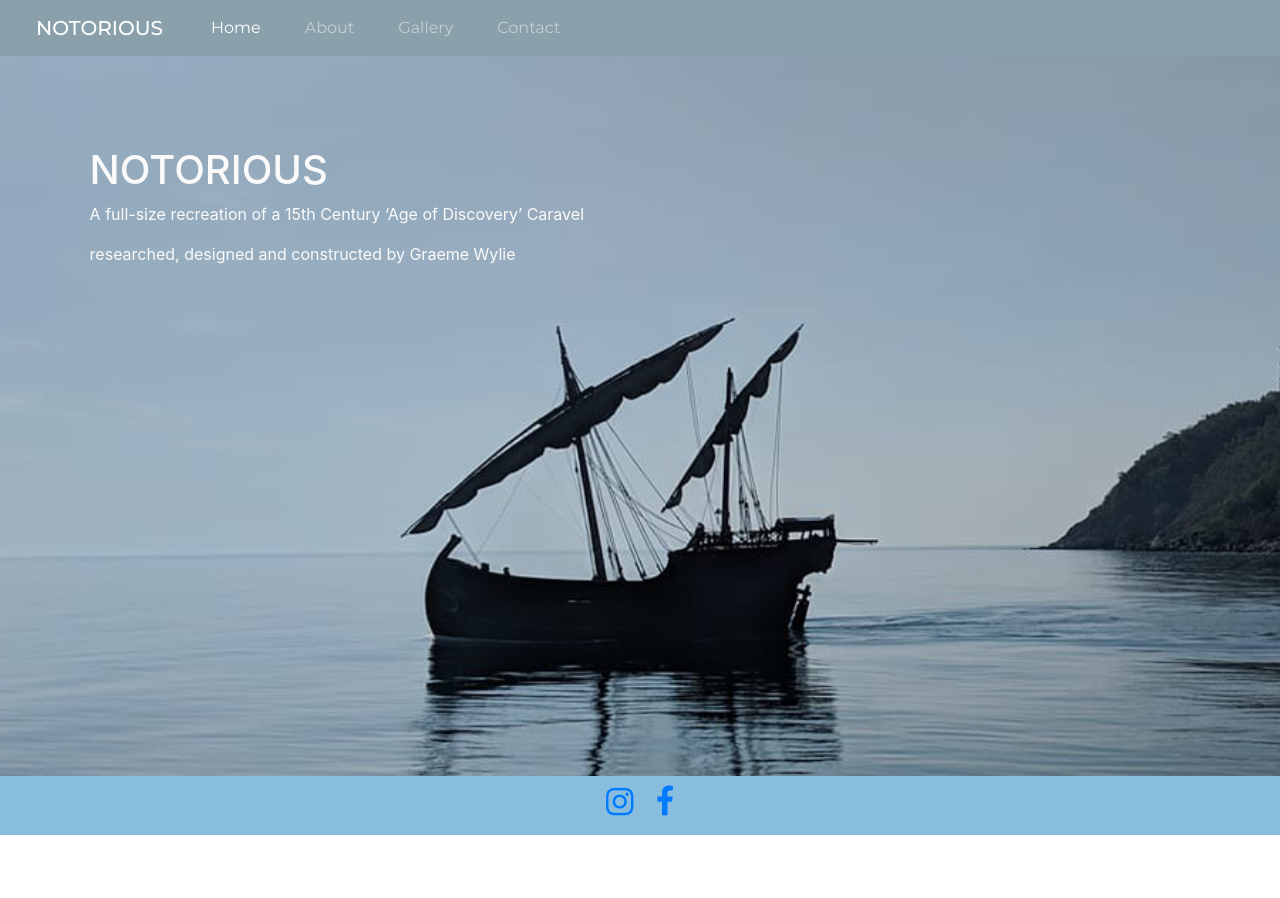
Repository: TSRose/NotorioustheShip
Page: index.html
The author's editor kept a record of every edit. The page is drawn from the files as they stood at one moment, then again after the next edit.
The browser window is 1280 px wide. The pictures show the whole page.
Backgrounds fixed to the window are drawn as part of the page.

Above is the page before.

### index.html
<!DOCTYPE html>
<html lang="en">

<head>
    <meta charset="UTF-8">
    <meta name="viewport" content="width=device-width, initial-scale=1.0">
    <meta http-equiv="X-UA-Compatible" content="ie=edge">
    <link rel="stylesheet" href="https://stackpath.bootstrapcdn.com/bootstrap/4.3.1/css/bootstrap.min.css" type="text/css" />
    <link rel="stylesheet" href="https://stackpath.bootstrapcdn.com/font-awesome/4.7.0/css/font-awesome.min.css">
    <link rel="stylesheet" href="assets/css/style.css" type="text/css">

    <title>Notorious the Ship</title>
</head>

<body>
    <nav class="navbar navbar-dark navbar-expand-sm">
        <a href="index.html" class="navbar-brand">NOTORIOUS</a>
        <button class="navbar-toggler ml-auto" type="button" data-toggle="collapse" data-target="#navbarNavDropdown" aria-controls="navbarNavDropdown" aria-expanded="false" aria-label="Toggle navigation">
      <span class="navbar-toggler-icon"></span></button>
        <div class="collapse navbar-collapse" id="navbarNavDropdown">
            <ul class="navbar-nav mr-auto">
                <li class="active nav-item mr-2"><a class="nav-link" href="index.html">Home</a></li>
                <li class="nav-item mr-2"><a class="nav-link" href="about.html">About</a></li>
                <li class="nav-item mr-2"><a class="nav-link" href="gallery.html">Gallery</a></li>
                <li class="nav-item mr-2"><a class="nav-link" href="contact.html">Contact</a></li>
            </ul>
            </div>
    </nav>

    <!---------------------------landing page----->

    <div class="container-fluid landing-container">
        <div class="landing absolute">
            <div class="row">
                <div class="col-12">
                    <div class="jumbotron-landing jumbotron">
                        <h1 class="text-uppercase jumbotron-heading">notorious</h1>
                        <p class="landing-subheading">A full-size recreation of a 15th Century ‘Age of Discovery’ Caravel</p>
                        <p class="landing-subheading">researched, designed and constructed by Graeme Wylie </p>
                    </div>
                </div>
            </div>
        </div>
    </div>

 <!---------------------------footer----->
    <footer class="container-fluid footer">
        <div id="footer-details" class="row">
            <div class="col-12">
                <ul class="list-inline social-links">
                    <li class="list-inline-item">
                        <a target="_blank" href="http://instagram.com/notorioustheship">
                        <i class="fa fa-instagram fa-2x" aria-hidden="true"></i>
                        <span class="sr-only">Instagram</span>
                        </a>
                    </li>
                    <li class="list-inline-item">
                        <a target="_blank" href="http://facebook.com/notorioustheship">
                        <i class="fa fa-facebook fa-2x" aria-hidden="true"></i>
                        <span class="sr-only">Facebook</span>
                        </a>
                    </li>
                </ul>
            </div>
        </div>
    </footer>

    <script src="https://code.jquery.com/jquery-3.3.1.slim.min.js" integrity="sha384-q8i/X+965DzO0rT7abK41JStQIAqVgRVzpbzo5smXKp4YfRvH+8abtTE1Pi6jizo" crossorigin="anonymous"></script>
    <script src="https://cdnjs.cloudflare.com/ajax/libs/popper.js/1.14.7/umd/popper.min.js" integrity="sha384-UO2eT0CpHqdSJQ6hJty5KVphtPhzWj9WO1clHTMGa3JDZwrnQq4sF86dIHNDz0W1" crossorigin="anonymous"></script>
    <script src="https://stackpath.bootstrapcdn.com/bootstrap/4.3.1/js/bootstrap.min.js" integrity="sha384-JjSmVgyd0p3pXB1rRibZUAYoIIy6OrQ6VrjIEaFf/nJGzIxFDsf4x0xIM+B07jRM" crossorigin="anonymous"></script>

</body>

</html>

### assets/css/style.css
@import url('https://fonts.googleapis.com/css?family=Montserrat:100,200,300,400,500,600,700|Roboto:100,200,300,400,500,600,700');

body {
    margin: 10;
    padding: 0;
}

header {
    margin: 0;
}

.footer {
    background-color: #89bddd;
    border-color: #89bddd;
}

h2 {
    margin-bottom: 20px;
}

/*-------------------------------- navbar */

.navbar-brand {
    font-family: "Montserrat", sans-serif;
    color: #fafafa;
    margin: 0 20px;
    font-weight: 500;
}

.nav-item {
    color: #fafafa;
    font-family: "Montserrat", sans-serif;
    margin: 0 20px;
}

.list-inline {
    text-align: center;
}

.navbar {
    color: #aaa;
    background-color: #8aa0aa;
    margin-bottom: 0;
    border: 0;
    width: 100%;
}

.navbar .navbar-toggler {
    border: 0;
}

/*---------------------------------Landing ----*/

.landing-container {
    height: 100VH;
    background: url("../images/notorious_portdouglas_xsm_crop.jpg") no-repeat center center fixed;
    -webkit-background-size: cover;
    -moz-background-size: cover;
    -o-background-size: cover;
    background-size: cover;
    display: flex;
    align-items: center;
    justify-content: center;
    position: relative;
}

@media (min-width: 576px) {
    .landing-container {
        background: url("../images/notorious_portdouglas_sm_crop.jpg") no-repeat center right fixed;
    }
}

@media (min-width: 768px) {
    .landing-container {
        background: url("../images/notorious_portdouglas_md_crop.jpg") no-repeat center right fixed;
    }
}

@media (min-width: 992px) {
    .landing-container {
        background: url("../images/notorious_portdouglas.PNG") no-repeat center left fixed;
    }
}

.text-uppercase {
    text-transform: uppercase;
}

.landing-subheading {
    padding: 0 0px;
    text-align: left;
}

/*--------------------------------Jumbotron*/

.absolute {
    position: absolute;
    height: 100VH;
    width: 100VW;
    padding: 7%;
}

.jumbotron {
    background-color: transparent;
    padding: 0;
    color: #fafafa;
    height: 100VH;
}

.jumbotron-header {
    font-weight: bold;
    margin-bottom: 35px;
    margin: 50px;
    text-transform: capitalize;
    padding: 50px;
}


/*--------------------------------------- contact form*/

.contact-heading {
    font-family: "Montserrat", sans-serif;
    font-weight: 200;
    padding-top: 30px;
    margin-top: 25px;
    margin-bottom: 15px;
}

.center-form {
    padding: 0 10px;
    margin: 0 auto;
    max-width: 70%;
}

button[type="submit"] {
    margin-top: 15px;
    margin-bottom: 20px;
    color: #fafafa;
    background-color: #3498db;
}

.btn {
    padding: 5px;
}

.form-control {
    margin: 10px 0;
}

.share {
    margin: 25px 0;
}

@media(max-width: 991px) {
    .center-form {
        padding-top: 30px;
        min-height: 240px;
        margin: 0 auto;
        max-width: 70%;
    }
}

@media(min-width: 992px) {
    .center-form {
        padding-top: 30px;
        min-height: 240px;
        margin: 0 auto;
        max-width: 50%;
    }
}

@media(min-width: 992px) {
    .contact-heading {
        font-family: "Montserrat", sans-serif;
        font-weight: 400;
        margin-top: 25px;
        margin-bottom: 20px;
    }
}

/*-----------------------------------About*/

.about-container {
    margin: 15px;
}

.article-wrapper {
    margin-right: 50px;
}

.theshipimage {
    background: url("../images/notorious_on_anchor.PNG");
    background-position: left;
    background-repeat: no-repeat;
    display: inline-block;
    width: 300px;
    height: auto;
    transition: all .5s ease-in-out;
    -moz-transition: all .5s ease-in-out;
    -webkit-transition: all .5s ease-in-out;
    margin: 0 15;
}

.thebuilderimage {
    background: url("../images/graemewylie.jpg");
    background-position: left;
    background-repeat: no-repeat;
    background-size: cover;
    display: block;
    width: 300px;
    height: auto;
    transition: all .5s ease-in-out;
    -moz-transition: all .5s ease-in-out;
    -webkit-transition: all .5s ease-in-out;
}

.thehistoryimage {
    background: url("../images/portuguesecaravelmodel.jpg");
    background-position: left;
    background-repeat: no-repeat;
    background-size: cover;
    display: block;
    width: auto;
    height: 300px;
    max-height: 300px;
    transition: all .5s ease-in-out;
    -moz-transition: all .5s ease-in-out;
    -webkit-transition: all .5s ease-in-out;
}

.article-container {
    margin: 30px;
}

/*-----------------------------------Open Days*/
.opendays {

}

/*-----------------------------------Gallery*/

.gallery-container {
    padding: 20px 0;
}

.image-padding {
    padding: 5px;
}

.zoom {
    width: 100%;
    height: 200px;
    border-radius:5px;
    background-size: cover;
    -webkit-transition: all .3s ease-in-out;
    -moz-transition: all .3s ease-in-out;
    -o-transition: all .3s ease-in-out;
    -ms-transition: all .3s ease-in-out;
}


.transition {
    -webkit-transform: scale(1.2);
    -moz-transform: scale(1.2);
    -o-transform: scale(1.2);
    transform: scale(1.2);
}
    .modal-header {

     border-bottom: none;
}
    .modal-title {
        color:#000;
    }
    .modal-footer{
      display:none;
    }


/*-----------------------------------Footer*/

.social-links {
    margin-top: 10px;
    padding-bottom: 0px;
}

.list-inline-item {
    padding-left: 5px;
    padding-right: 5px;
}

After the next edit:
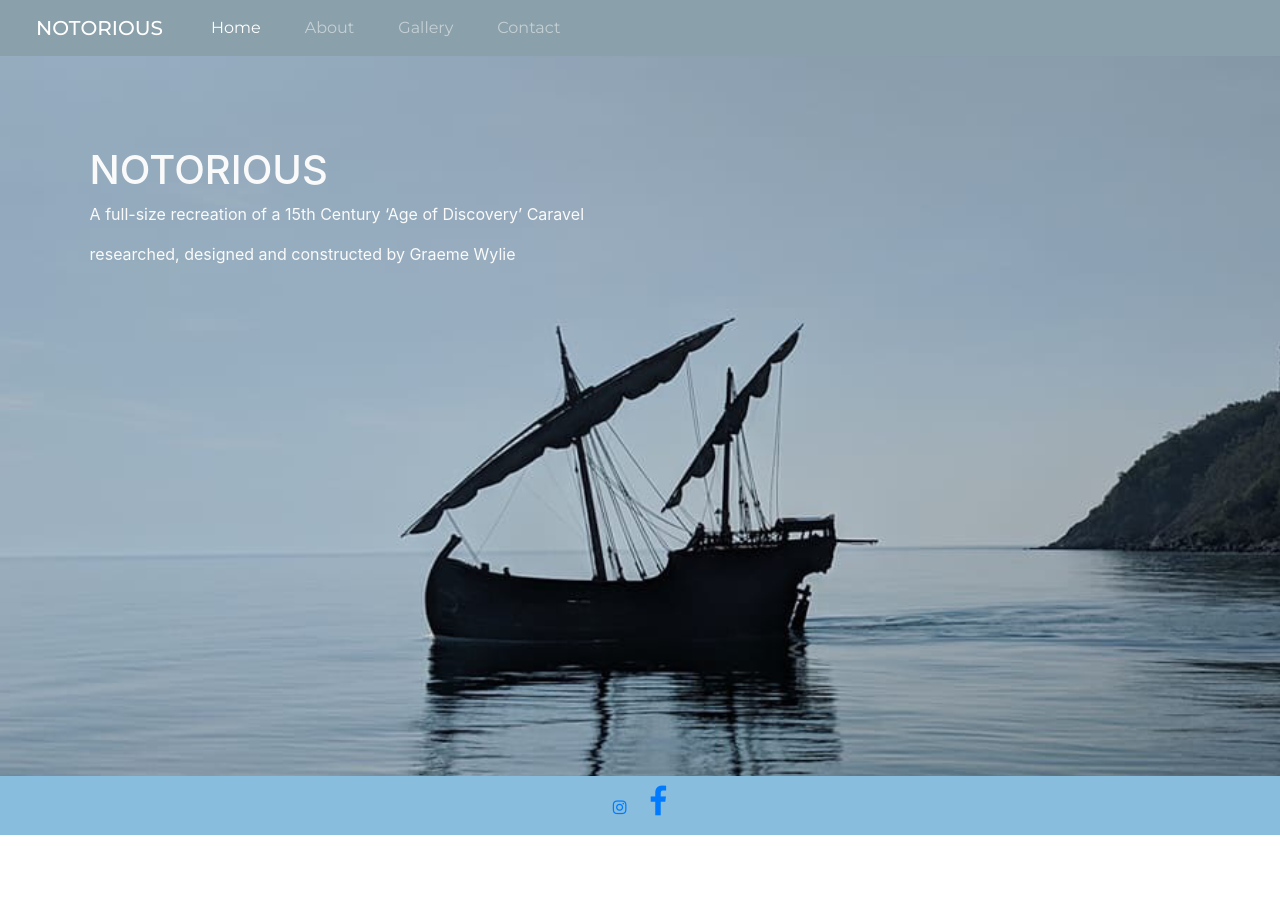
The edit:
--- a/index.html
+++ b/index.html
@@ -50,7 +50,7 @@
                 <ul class="list-inline social-links">
                     <li class="list-inline-item">
                         <a target="_blank" href="http://instagram.com/notorioustheship">
-                        <i class="fa fa-instagram fa-2x" aria-hidden="true"></i>
+                        <i class="fa fa-instagram" aria-hidden="true"></i>
                         <span class="sr-only">Instagram</span>
                         </a>
                     </li>
